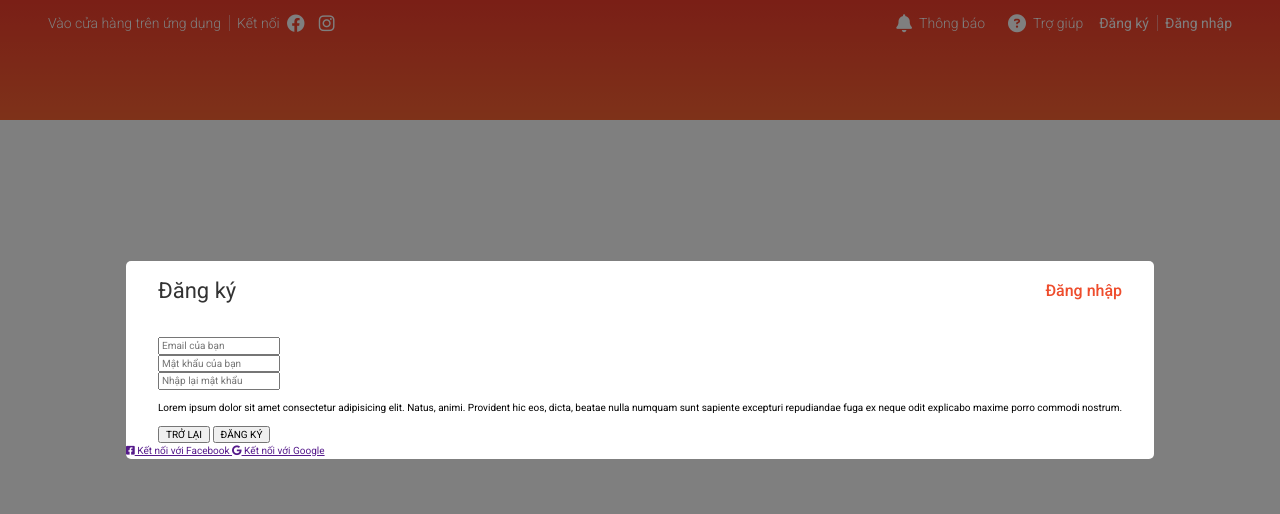
Repository: dptuyen1/F8-Tutorial
Page: index.html
The author's editor kept a copy of each file at every save. The page is drawn from the files as they stood at one save, then again after the next save.
The browser window is 1280 px wide. The pictures show the whole page.

Above is the page before, as saved 2023-05-08 17:00:53.

### index.html
<!DOCTYPE html>
<html lang="en">
  <head>
    <meta charset="UTF-8" />
    <meta http-equiv="X-UA-Compatible" content="IE=edge" />
    <meta name="viewport" content="width=device-width, initial-scale=1.0" />
    <title>Document</title>
    <link
      rel="stylesheet"
      href="https://cdnjs.cloudflare.com/ajax/libs/normalize/8.0.1/normalize.min.css"
      integrity="sha512-NhSC1YmyruXifcj/KFRWoC561YpHpc5Jtzgvbuzx5VozKpWvQ+4nXhPdFgmx8xqexRcpAglTj9sIBWINXa8x5w=="
      crossorigin="anonymous"
      referrerpolicy="no-referrer"
    />
    <link rel="stylesheet" href="assets/css/base.css" />
    <link rel="stylesheet" href="assets/css/main.css" />
    <link
      rel="stylesheet"
      href="assets/fonts/fontawesome-free-6.4.0-web/css/all.min.css"
    />
    <link rel="preconnect" href="https://fonts.googleapis.com" />
    <link rel="preconnect" href="https://fonts.gstatic.com" crossorigin />
    <link
      href="https://fonts.googleapis.com/css2?family=Roboto:wght@300;400;500;700&display=swap"
      rel="stylesheet"
    />
  </head>

  <body>
    <div class="app">
      <header class="header">
        <div class="grid">
          <nav class="header__navbar">
            <ul class="header__navbar-list">
              <li
                class="header__navbar-item header__navbar-item-has-qr header__navbar-item-separate"
              >
                Vào cửa hàng trên ứng dụng
                <div class="header__qr">
                  <img
                    src="assets/img/qr_code.png"
                    alt="QR Cođe"
                    class="header__qr-img"
                  />
                  <div class="header__qr-apps">
                    <a href="" class="header__qr-link">
                      <img
                        src="assets/img/google_play.png"
                        alt="Google Play"
                        class="header__qr-download-img"
                      />
                    </a>
                    <a href="" class="header__qr-link">
                      <img
                        src="assets/img/app_store.png"
                        alt="App Store"
                        class="header__qr-download-img"
                      />
                    </a>
                  </div>
                </div>
              </li>
              <li class="header__navbar-item">
                <span class="header__navbar-title-no-pointer">Kết nối</span>
                <a href="" class="header__navbar-icon-link">
                  <i class="header__navbar-icon fa-brands fa-facebook"></i>
                </a>
                <a href="" class="header__navbar-icon-link">
                  <i class="header__navbar-icon fa-brands fa-instagram"></i>
                </a>
              </li>
            </ul>
            <ul class="header__navbar-list">
              <li class="header__navbar-item header__navbar-item--has-notify">
                <a href="" class="header__navbar-item-link">
                  <a href="" class="header__navbar-icon-link">
                    <i class="header__navbar-icon fa-solid fa-bell"></i> </a
                  >Thông báo
                </a>
                <div class="header__notify">
                  <header class="header__notify-header">
                    <h3>Thông báo mới nhận</h3>
                  </header>
                  <ul class="header__notify-list">
                    <li class="header__notify-item">
                      <a href="" class="header_notify-link">
                        <img
                          src="assets/img/comestic.jpg"
                          alt=""
                          class="header__notify-img"
                        />
                        <div class="header__notify-info">
                          <span class="header_notify-name"
                            >Mỹ phẩm Ohui chính hãng</span
                          >
                          <span class="header__notify-description"
                            >Mô tả mỹ tả Ohui chính hãng</span
                          >
                        </div>
                      </a>
                    </li>
                    <li class="header__notify-item header__notify-item--read">
                      <a href="" class="header_notify-link">
                        <img
                          src="assets/img/comestic.jpg"
                          alt=""
                          class="header__notify-img"
                        />
                        <div class="header__notify-info">
                          <span class="header_notify-name"
                            >Mỹ phẩm Ohui chính hãng</span
                          >
                          <span class="header__notify-description"
                            >Mô tả mỹ tả Ohui chính hãng</span
                          >
                        </div>
                      </a>
                    </li>
                    <li class="header__notify-item">
                      <a href="" class="header_notify-link">
                        <img
                          src="assets/img/comestic.jpg"
                          alt=""
                          class="header__notify-img"
                        />
                        <div class="header__notify-info">
                          <span class="header_notify-name"
                            >Mỹ phẩm Ohui chính hãng</span
                          >
                          <span class="header__notify-description"
                            >Mô tả mỹ tả Ohui chính hãng</span
                          >
                        </div>
                      </a>
                    </li>
                  </ul>
                  <footer class="header__notify-footer">
                    <a href="" class="header__notify-footer-btn">Xem tất cả</a>
                  </footer>
                </div>
              </li>
              <li class="header__navbar-item">
                <a href="" class="header__navbar-item-link">
                  <a href="" class="header__navbar-icon-link">
                    <i
                      class="header__navbar-icon fa-solid fa-circle-question"
                    ></i></a
                  >Trợ giúp
                </a>
              </li>
              <li
                class="header__navbar-item header__navbar-item-bold header__navbar-item-separate"
              >
                Đăng ký
              </li>
              <li class="header__navbar-item header__navbar-item-bold">
                Đăng nhập
              </li>
            </ul>
          </nav>
        </div>
      </header>

      <div class="container"></div>

      <footer class="footer"></footer>
    </div>

    <!-- Modal layout -->
    <div class="modal">
      <div class="modal__overlay"></div>
      <div class="modal__body">
        <div class="modal__inner"></div>

        <!-- Authenticated Form -->
        <form class="auth-form">
          <div class="auth-form__container">
            <div class="auth-form__header">
              <h3 class="auth_form__heading">Đăng ký</h3>
              <span class="auth_form__switch-btn">Đăng nhập</span>
            </div>
            <div class="auth-form__form">
              <div class="auth-form__group">
                <input
                  type="text"
                  class="auth-form__input"
                  placeholder="Email của bạn"
                />
              </div>
              <div class="auth-form__group">
                <input
                  type="password"
                  class="auth-form__input"
                  placeholder="Mật khẩu của bạn"
                />
              </div>
              <div class="auth-form__group">
                <input
                  type="password"
                  class="auth-form__input"
                  placeholder="Nhập lại mật khẩu"
                />
              </div>
            </div>
            <div class="auth-form__aside">
              <p>
                Lorem ipsum dolor sit amet consectetur adipisicing elit. Natus,
                animi. Provident hic eos, dicta, beatae nulla numquam sunt
                sapiente excepturi repudiandae fuga ex neque odit explicabo
                maxime porro commodi nostrum.
              </p>
            </div>
            <div class="auth-form_controls">
              <button class="btn">TRỞ LẠI</button>
              <button class="btn btn--primary">ĐĂNG KÝ</button>
            </div>
          </div>

          <div class="auth-form_socials">
            <a href="" class="btn btn--with-icon">
              <i class="fa-brands fa-square-facebook"></i>
              Kết nối với Facebook
            </a>
            <a href="" class="btn btn--with-icon">
              <i class="fa-brands fa-google"></i>
              Kết nối với Google
            </a>
          </div>
        </form>
      </div>
    </div>
  </body>
</html>

### assets/css/base.css
:root {
  --primary-color: #ee4d2d;
  --white-color: #fff;
  --black-color: #000;
  --text-color: #333;
}

* {
  box-sizing: inherit;
}

html {
  font-size: 62.5%;
  line-height: 1.6rem;
  font-family: "Roboto", sans-serif;
  box-sizing: border-box;
}

.grid {
  width: 1200px;
  max-width: 100%;
  /* căn giữa */
  margin: 0 auto;
}

.grid__full-width {
  width: 100%;
}

.grid__row {
  display: flex;
  flex-wrap: wrap;
}

/* Modal */
.modal {
  position: fixed;
  top: 0;
  right: 0;
  bottom: 0;
  left: 0;
  display: flex;
}

.modal__overlay {
  position: absolute;
  width: 100%;
  height: 100%;
  background-color: rgba(0, 0, 0, 0.5);
}

.modal__body {
  background-color: var(--white-color);
  margin: auto;
  position: relative;
  z-index: 1;
  border-radius: 5px;
}

.modal__inner {
}

/* Animation */
@keyframes fadeIn {
  from {
    opacity: 0;
  }

  to {
    opacity: 1;
  }
}

@keyframes notifyGrowth {
  from {
    opacity: 0;
    transform: scale(0);
  }

  to {
    opacity: 1;
    transform: scale(1);
  }
}

### assets/css/main.css
.header {
  height: 120px;
  background-image: linear-gradient(0, #fe6433, #f53e2d);
}

.header__navbar {
  display: flex;
  justify-content: space-between;
}

.header__navbar-list {
  list-style: none;
  padding-left: 0;
}

.header__navbar-item {
  margin: 0 8px;
  position: relative;
  min-height: 26px;
}

.header__navbar-item-has-qr:hover .header__qr {
  display: block;
}

.header__navbar-item,
.header__navbar-item-link {
  display: inline-block;
  font-size: 1.4rem;
  color: var(--white-color);
  text-decoration: none;
  font-weight: 300;
}

.header__navbar-list,
.header__navbar-item,
.header__navbar-item-link,
.header__navbar-icon-link {
  display: inline-flex;
  align-items: center;
}

.header__navbar-item:hover,
.header__navbar-item-link:hover,
.header__navbar-icon-link:hover {
  color: rgba(255, 255, 255, 0.5);
  cursor: pointer;
}

.header__navbar-item--has-notify:hover .header__notify {
  display: block;
}

.header__navbar-item-bold {
  font-weight: 400;
}

.header__navbar-item-separate::after {
  content: "";
  display: block;
  position: absolute;
  border-left: 1px solid #fb9086;
  height: 16px;
  right: -9px;
  top: 50%;
  transform: translateY(-50%);
}

.header__navbar-icon-link {
  color: var(--white-color);
  text-decoration: none;
}

.header__navbar-icon {
  font-size: 1.8rem;
  margin: 0 7px;
}

.header__navbar-title-no-pointer {
  cursor: text;
  color: var(--white-color);
}

/* Header QR Code  */
.header__qr {
  width: 185px;
  background-color: var(--white-color);
  position: absolute;
  left: 0;
  /* cao bằng thẻ chứa nó */
  top: 150%;
  padding: 8px;
  border-radius: 2px;
  display: none;
  animation: fadeIn ease-in 0.5s;
}

.header__qr::before {
  content: "";
  display: block;
  position: absolute;
  width: 100%;
  height: 20px;
  left: 0;
  top: -20px;
}

.header__qr-img {
  width: 100%;
}

.header__qr-apps {
  display: flex;
  justify-content: space-between;
}

.header__qr-link:first-child {
  margin-left: 11px;
}

.header__qr-link:last-child {
  margin-right: 11px;
}

.header__qr-download-img {
  height: 15px;
}

/* Header notification */

.header__notify {
  position: absolute;
  top: 150%;
  right: 0;
  width: 405px;
  background-color: var(--white-color);
  border: 1px solid #d3d3d3;
  border-radius: 2px;
  cursor: default;
  transform-origin: top right;
  display: none;
  animation: notifyGrowth ease-in 0.5s;
}

.header__notify::before {
  content: "";
  border-width: 20px 30px;
  border-style: solid;
  border-color: transparent transparent var(--white-color) transparent;
  position: absolute;
  right: 0;
  top: -30px;
}

.header__notify::after {
  content: "";
  display: block;
  position: absolute;
  right: 0;
  top: -20px;
  width: 100%;
  height: 20px;
}

.header__notify-header {
  height: 40px;
  background-color: var(--white-color);
}

.header__notify-header h3 {
  color: #999;
  margin: 0 0 0 12px;
  font-weight: 400;
  font-size: 1.4rem;
  line-height: 40px;
}

.header__notify-list {
  padding-left: 0;
}

.header__notify-item {
  display: flex;
}

.header__notify-item:hover {
  background-color: #f7f7f7;
}

.header__notify-item--read {
  background-color: rgba(238, 77, 45, 0.2);
}

.header_notify-link {
  width: 100%;
  display: flex;
  padding: 12px;
  text-decoration: none;
}

.header__notify-img {
  width: 50px;
  object-fit: contain;
}

.header__notify-info {
  margin-left: 12px;
}

.header_notify-name {
  display: block;
  font-size: 1.4rem;
  color: var(--black-color);
  font-weight: 400;
}

.header__notify-description {
  display: block;
  font-size: 1.2rem;
  line-height: 2rem;
  color: #756f6e;
  margin-top: 10px;
}

.header__notify-footer {
  display: flex;
}

.header__notify-footer-btn {
  text-decoration: none;
  color: var(--text-color);
  margin: 0 auto;
  padding: 10px;
  font-size: 1.4rem;
  font-weight: 400;
}

/* Authenticated modal */
.auth-form__container {
  padding: 0 32px;
}

.auth-form__header {
  display: flex;
  align-items: center;
  justify-content: space-between;
}

.auth_form__heading {
  font-size: 2.2rem;
  font-weight: 400;
  color: var(--text-color);
}

.auth_form__switch-btn {
  font-size: 1.6rem;
  color: var(--primary-color);
  font-weight: 500;
  cursor: pointer;
}

.auth-form__form {
  margin-top: 16px;
}

.auth-form__group {
}

.auth-form__input {
}

.auth-form__aside {
}

.auth-form_controls {
}

.btn {
}

.btn--primary {
}

.auth-form_socials {
}

.btn--with-icon {
}

.fa-brands {
}

.fa-square-facebook {
}

.fa-google {
}

Loaded but not shown: assets/fonts/fontawesome-free-6.4.0-web/css/all.min.css (library)

After the next save:
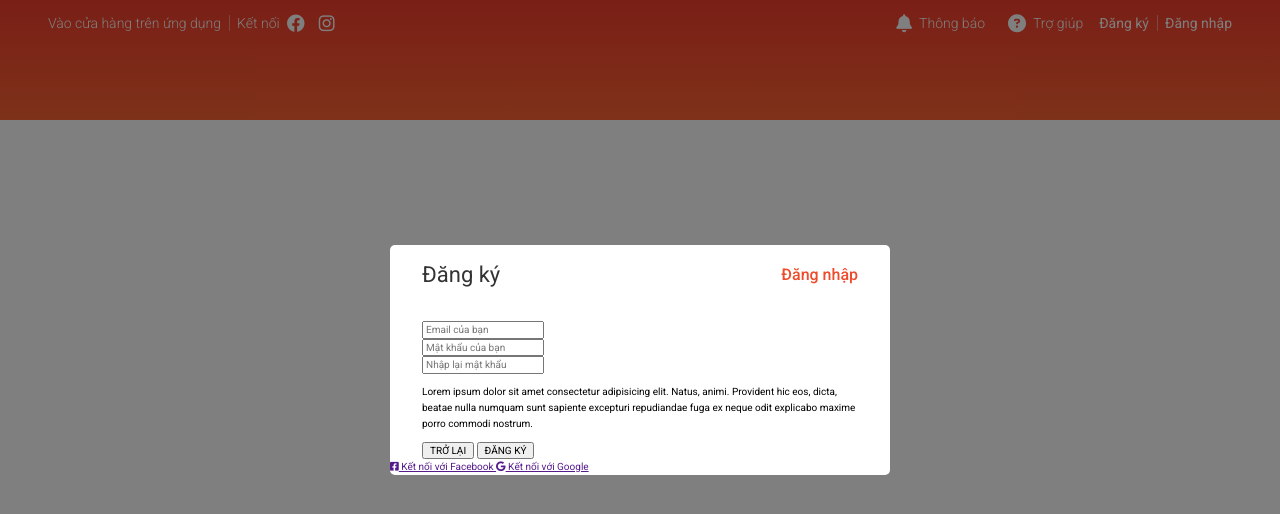
Saved 49 s later.
--- a/assets/css/main.css
+++ b/assets/css/main.css
@@ -236,6 +236,10 @@
 }
 
 /* Authenticated modal */
+.auth-form {
+  width: 500px;
+}
+
 .auth-form__container {
   padding: 0 32px;
 }
